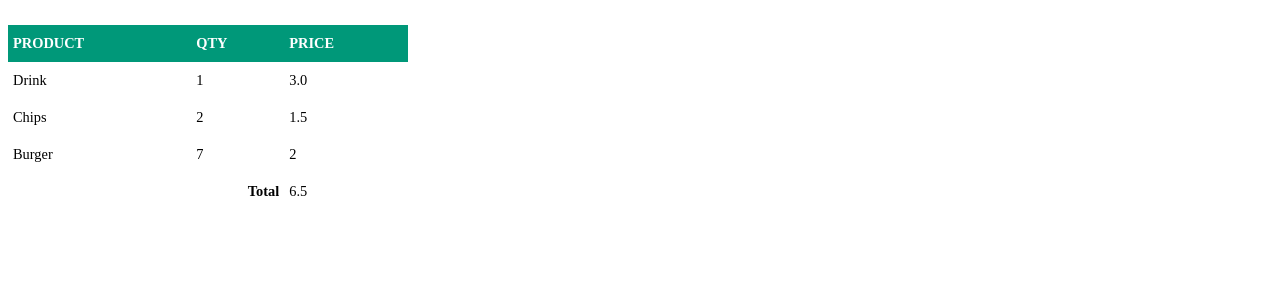
Repository: linas-dev/HTML-CSS-Projects
Page: Basic_HTML_and_CSS/HTML_Table.html
These files come from the project's save history. The page is drawn as it stood at one moment and after the next save; the edit follows.
The browser window is 1280 px wide. The pictures show the whole page.

Above is the page before, as saved 2021-05-30 10:17:35.

After the next save:
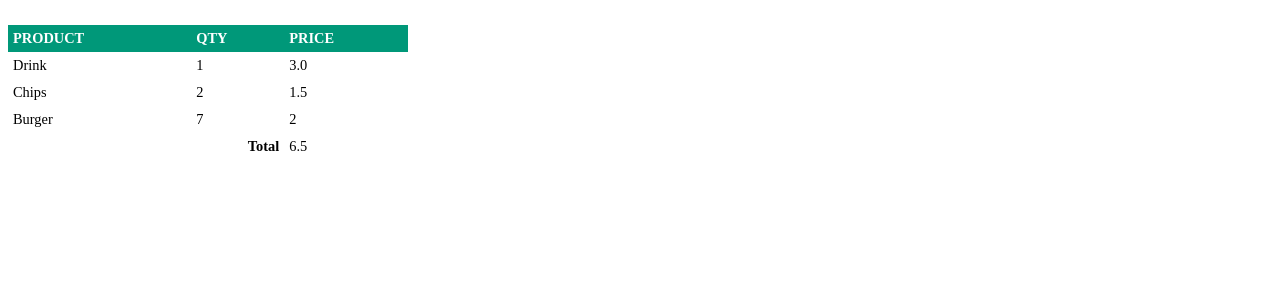
Saved 4 s later.
--- a/Basic_HTML_and_CSS/Basic_CSS_2.css
+++ b/Basic_HTML_and_CSS/Basic_CSS_2.css
@@ -20,5 +20,5 @@
 }
 
 .table th, .table td {
-    padding: 10px 5px;
+    padding: 5px 5px;
 }

After the save that followed:
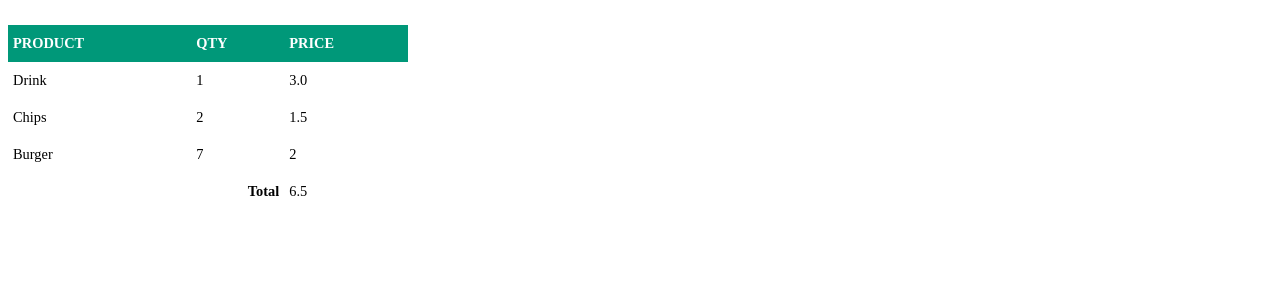
Saved 5 s later.
--- a/Basic_HTML_and_CSS/Basic_CSS_2.css
+++ b/Basic_HTML_and_CSS/Basic_CSS_2.css
@@ -20,5 +20,5 @@
 }
 
 .table th, .table td {
-    padding: 5px 5px;
+    padding: 10px 5px;
 }
